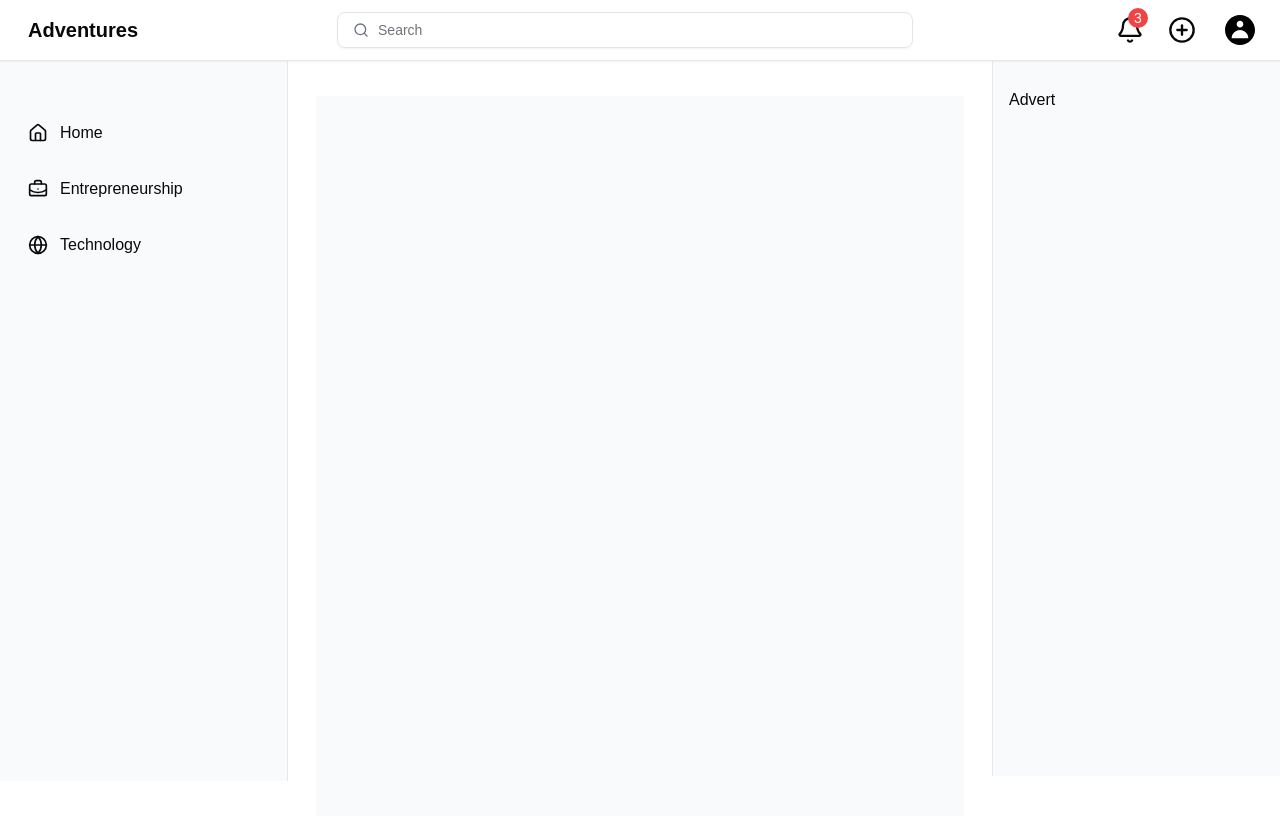
Repository: IssaMuiz/afrixpace-frontend
Page: /
The author's editor kept a copy of each file at every save. The page is drawn from the files as they stood at one save, then again after the next save.
The browser window is 1280 px wide. The pictures show the whole page.
The page's requests for data from a server got no answer. The project was rebuilt for these pictures with package versions that can differ from the ones it lists, and the page was loaded fresh each time. The framework's server and built-in components were replaced by stand-ins that run in the browser. No one was signed in, and anything a server would have sent is missing. Also part of the build but not shown: next.config.ts, components/ui/textarea.tsx, components/ui/card.tsx, components/Vote.tsx, components/PostCard.tsx.

Above is the page before, as saved 2025-02-09 15:02:13.

After the next save:
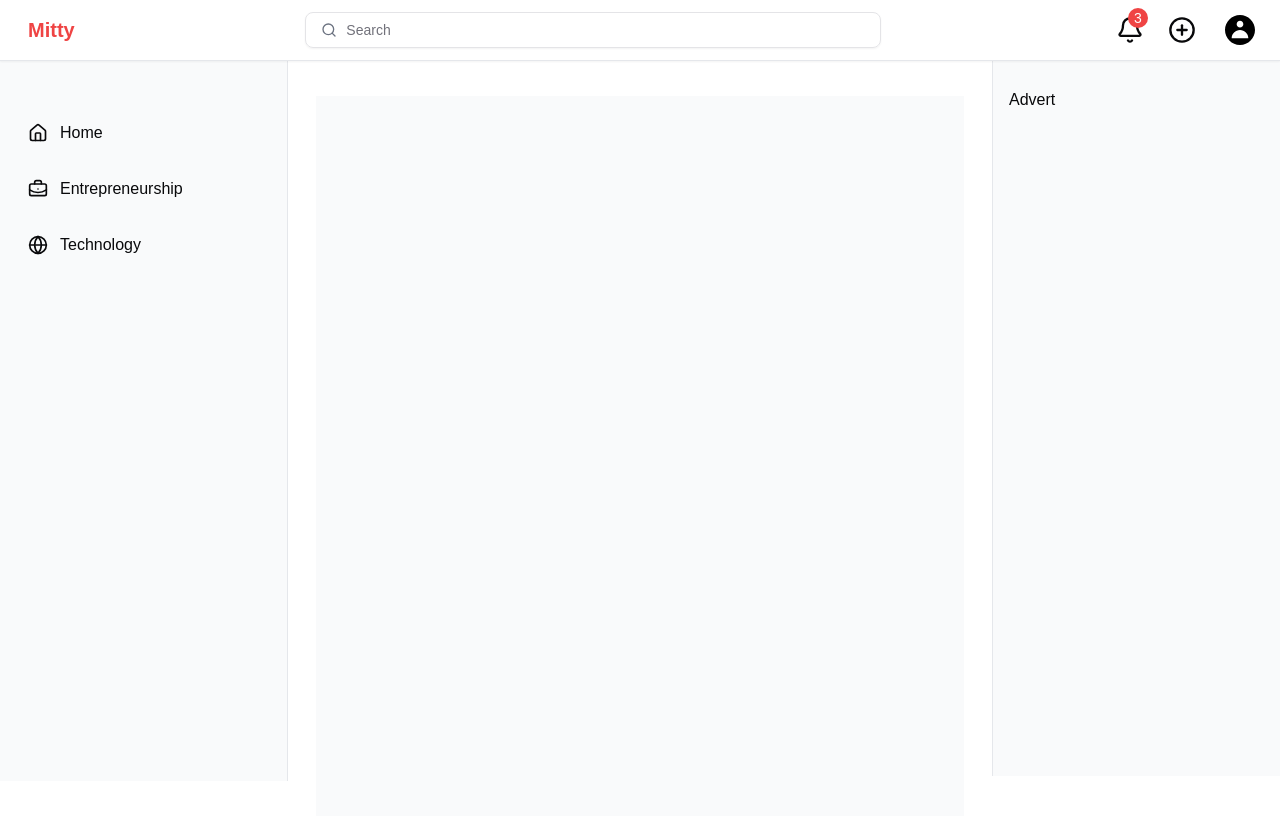
Saved 2 min 50 s later.
--- a/components/Navbar.tsx
+++ b/components/Navbar.tsx
@@ -4,7 +4,6 @@
 import { Search } from "lucide-react";
 import { Menu } from "lucide-react";
 import { BellIcon } from "lucide-react";
-import { UserCircle } from "lucide-react";
 import { useRouter } from "next/navigation";
 import CreatePostModal from "./CreatePostModal";
 import { useState } from "react";
@@ -30,8 +29,12 @@
         >
           <Menu className="min-h-7 min-w-7" />
         </Button>
-        <h1 className="lg:hidden block text-2xl font-semibold">A</h1>
-        <h1 className="text-xl font-semibold hidden lg:flex">Adventures</h1>
+        <h1 className="lg:hidden block text-2xl font-semibold text-red-500">
+          A
+        </h1>
+        <h1 className="text-xl font-semibold hidden lg:flex text-red-500">
+          Mitty
+        </h1>
       </div>
       <div className="relative max-w-xl flex-1 mx-5">
         <Search className=" h-4 absolute left-3 top-1/2 transform -translate-y-1/2 text-gray-500" />
